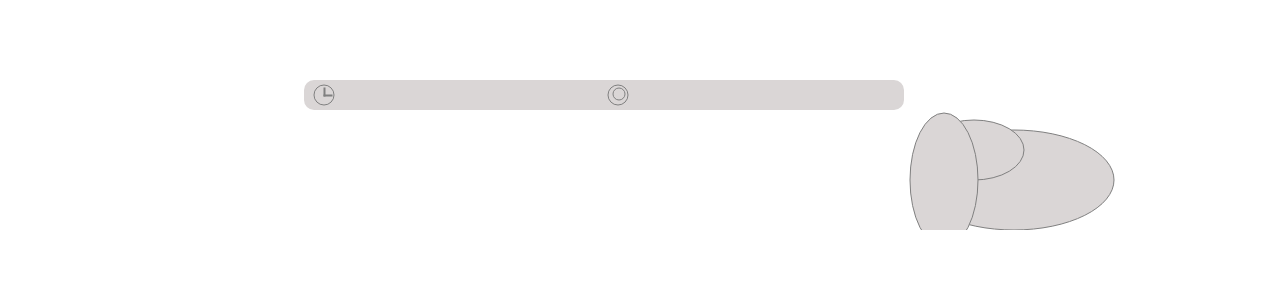
Repository: Gaj123-coder/emoji-search-app
Page: /
The author's editor kept a copy of each file at every save. The page is drawn from the files as they stood at one save, then again after the next save.
The browser window is 1280 px wide. The pictures show the whole page.
The project was rebuilt for these pictures with package versions that can differ from the ones it lists, and the page was loaded fresh each time.

Above is the page before, as saved 2021-10-30 14:41:52.

After the next save:
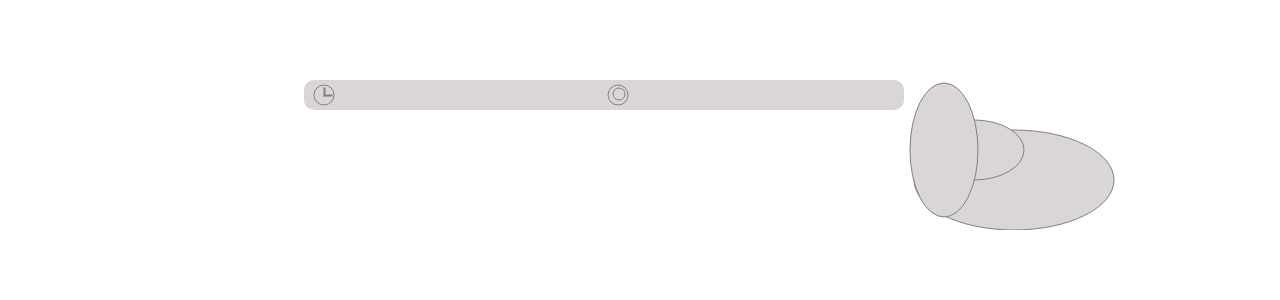
Saved 4 s later.
--- a/src/App.js
+++ b/src/App.js
@@ -20,7 +20,7 @@ function App() {
         <svg>
           <ellipse cx="110" cy="100" rx="100" ry="50" stroke="grey" strokeWidth="1px" fill="rgb(218, 214, 214)"/>
           <ellipse cx="70" cy="70 " rx="50" ry="30" stroke="grey" strokeWidth="1px" fill="rgb(218, 214, 214)"/>
-          <ellipse cx="40" cy="100" rx="34" ry="67" stroke="grey" strokeWidth="1px" fill="rgb(218, 214, 214)"/>
+          <ellipse cx="40" cy="70" rx="34" ry="67" stroke="grey" strokeWidth="1px" fill="rgb(218, 214, 214)"/>
         </svg>
       </div>
     </div>
